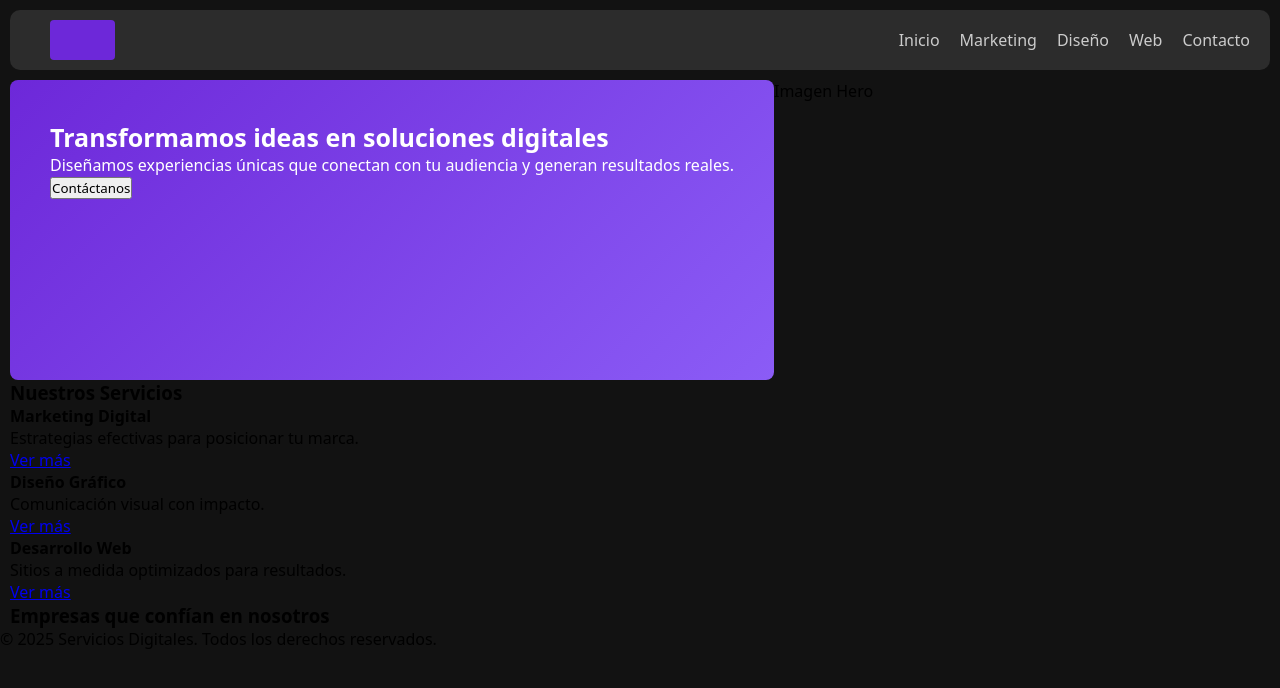
Repository: santinogarrone/TrabajoAgustin
Page: html/index.html
The author's editor kept a copy of each file at every save. The page is drawn from the files as they stood at one save, then again after the next save.
The browser window is 1280 px wide. The pictures show the whole page.

Above is the page before, as saved 2025-05-02 12:09:17.

### html/index.html
<!DOCTYPE html>
<html lang="en">
<head>
    <meta charset="UTF-8">
    <meta name="viewport" content="width=device-width, initial-scale=1.0">
    <link rel="stylesheet" href="../css/style.css">
    <title>Página de Agustin</title>
</head>
<body>

    <header>
        <nav class="nav-bar">
            <div class="cuadrado-violeta">

            </div>


            <ul class="nav-list">
                <li class="nav-item"><a href="">Inicio</a></li>
                <li class="nav-item"><a href="">Marketing</a></li>
                <li class="nav-item"><a href="">Diseño</a></li>
                <li class="nav-item"><a href="">Web</a></li>
                <li class="nav-item"><a href="">Contacto</a></li>
            </ul>

            <button class="menu-icon" aria-label="menu">
                <span class="menu-line"></span>
                <span class="menu-line"></span>
                <span class="menu-line"></span>
            </button>
        </nav>
    </header>
        <main>

            <section class="main-contact">
                <div class="contacto">
                    <h2 class="tit-contacto">Transformamos ideas en soluciones digitales</h2>
                    <p class="explicacion">Diseñamos experiencias únicas que conectan con tu audiencia y generan resultados reales.</p>

                    <button class="boton-contactar" onclick="location.href='../html/contacto.html'">
                        Contáctanos
                    </button>
                </div>

                <div class="img-hero">
                    Imagen Hero
                </div>
            </section>

            <section class="servicios">
                <h3>Nuestros Servicios</h3>

                <div class="card">
                    <h4>Marketing Digital</h4>
                    <p>Estrategias efectivas para posicionar tu marca.</p>
                    <a href="../html/marketing.html">Ver más</a>
                </div>

                <div class="card">
                    <h4>Diseño Gráfico</h4>
                    <p>Comunicación visual con impacto.</p>
                    <a href="#">Ver más</a>
                </div>

                <div class="card">
                    <h4>Desarrollo Web</h4>
                    <p>Sitios a medida optimizados para resultados.</p>
                    <a href="#">Ver más</a>
                </div>

            </section>

            <section class="empresas">
                <h3>Empresas que confían en nosotros</h3>
                <article class="logos">
                    <div class="logo"></div>
                    <div class="logo"></div>
                    <div class="logo"></div>
                    <div class="logo"></div>
                </article>

            </section>

        </main>

    <footer>
        <div class="ftr">
            <p>&copy; 2025 Servicios Digitales. Todos los derechos reservados.</p>
        </div>
    </footer>
</body>
</html>

### css/style.css
@import url(./global.css);

*{
    margin: 0;
    padding: 0;
    box-sizing: border-box;
    font-family: var(--font-family);
}


body{
    background-color: var(--fondo-color);
    height: 100%;
}
main{
    margin: 0 10px;
}

header{
    padding: 10px;
}
.cuadrado-violeta{
    display: block;
    width: 65px;
    height: 40px;
    background-color: var(--primary-color-original);
    border-radius: 4px;
    margin-left: 20px;
}


.nav-bar {
    display: flex;
    align-items: center;
    justify-content: space-between;
    background-color: #2c2c2c;
    padding: 10px 20px;
    border-radius: 10px;
    position: relative;
  }

  .menu-icon {
    display: none;
  }

  .menu-line {
    height: 4px;
    background-color: white;
    border-radius: 2px;
    width: 100%;
  }

  .nav-list {
    display: flex;
    gap: 20px;
    list-style: none;
    margin: 0;
    padding: 0;
  }

  .nav-item a {
    color: #ccc;
    text-decoration: none;
  }

  .main-contact{
    display: flex;
  }
  .main-contact .contacto{
    background: var(--primary-color-gradient);
    border-radius: 8px;
    color: var(--texto-color);
    padding: 40px;
    height: 300px;
    flex-direction: column;
  }

  .tit-contacto{
    font-size: 25px;
  }

@media (375px >= width) {

    .hero-img{
        display: none;
    }
    .hero-texto p{
        display: none;
    }
    body{
        background-color: var(--fondo-color);
        height: 100%;
    }

    header{
        background-color: var(--superficie-dos);
        position: sticky;
        top: 0;
        margin: 0;
        border-radius: 0;
    }

    main{
        margin: 0px;
    }
    .explicacion{
        display: none;
    }

    .nav-list{
        display: none;
    }

    .img-hero{
        display: none;
    }
    .cuadrado-violeta{
        display: block;
        width: 65px;
        height: 40px;
        background-color: var(--primary-color-original);
        border-radius: 4px;
        margin-left: 20px;
    }

    .menu-icon{
        width: 30px;
        height: 30px;
        background: transparent;
        display: flex;
        flex-direction: column;
        gap: 4px;
        height: fit-content;
        border: none;
    }

    .menu-line{
        width: 100%;
        height: 4px;
        background-color: var(--texto-color);
        border: none;
        border-radius: 4px;

    }

    .nav-bar{
        display: flex;
        justify-content: space-between;
        align-items: center;
        padding: 5px 16px;
    }


    .main-contact{
        display: flex;
        padding: 24px;
        justify-content: center;
        align-items: center;
    }

    .contacto{
        display: block;
        padding: 34px;
        background: var(--primary-color-gradient);
        border-radius: 10px;
        color: var(--texto-color);
        height: auto;
        font-size: 12px;
    }

    .contacto .tit-contacto{
        text-align: center;
        align-items: center;
        font-weight: bold;
        margin-top: 30px;
    }

    .boton-contactar{
        display: block;
        margin: 0 auto;
        margin-bottom: 20px;
        margin-top: 12px;
        padding: 5px 20px;
        color: var(--primary-claro);
        background-color: var(--fondo-color);
        border-radius: 6px;
        cursor: pointer;
    }

    .servicios{
        display: flex;
        flex-direction: column;
        margin: 0 20px;
    }

    .servicios h3{
        color: var(--texto-color);
    }

    .card{
        margin-top: 5px;
        align-items: center;
        justify-content: center;
        background-color: var(--superficie-dos);
        border-radius: 8px;
        padding: 12px;
        margin-bottom: 15px;
    }

    .card h4{
        color: var(--texto-color);
    }

    .card p{
        color: var(--texto-secundario);
        padding-bottom: 20px;
    }

    .card a{
        display: inline-block;
        margin-bottom: 20px;
        color: var(--texto-color);
        cursor: pointer;
    }

    .empresas{
        display: flex;
        flex-direction: column;
        align-items: flex-start;
        margin-left: 20px;
    }

    .empresas h3{
        color: var(--texto-color);
        margin-bottom: 1rem;
    }

    .logos{
        margin-top: 5px;
        width: 335px;
        display: flex;
        justify-content: center;
        align-items : center;
        gap: 5px;
        background-color: var(--superficie-dos);
        border-radius: 8px;
        padding: 20px;
        margin-bottom: 10px;
    }

    .logo{
        width: 60px;
        height: 30px;
        background-color: #444444;
        border-radius: 5px;
    }

    .ftr{
        background-color: var(--superficie-dos);
        border-radius: 8px;
        text-align: center;
        margin: 15px 10px;
        padding: 16px;
        color: var(--texto-secundario);
    }
}

### css/global.css
:root{
    --primary-color-gradient : linear-gradient(135deg, #6D28D9, #8B5CF6);
    --primary-color-original : #6D28D9;
    --primary-claro : #8b5cf6;
    --secundary-color : #10b981;
    --acento-color : #f5930b;
    --fondo-color : #121212;
    --superficie-color : #1e1e1e;
    --superficie-dos : #2d2d2d;
    --texto-secundario : #A0A0A0;

    --texto-color : #fff;
    --font-family : 'system-ui'
}

After the next save:
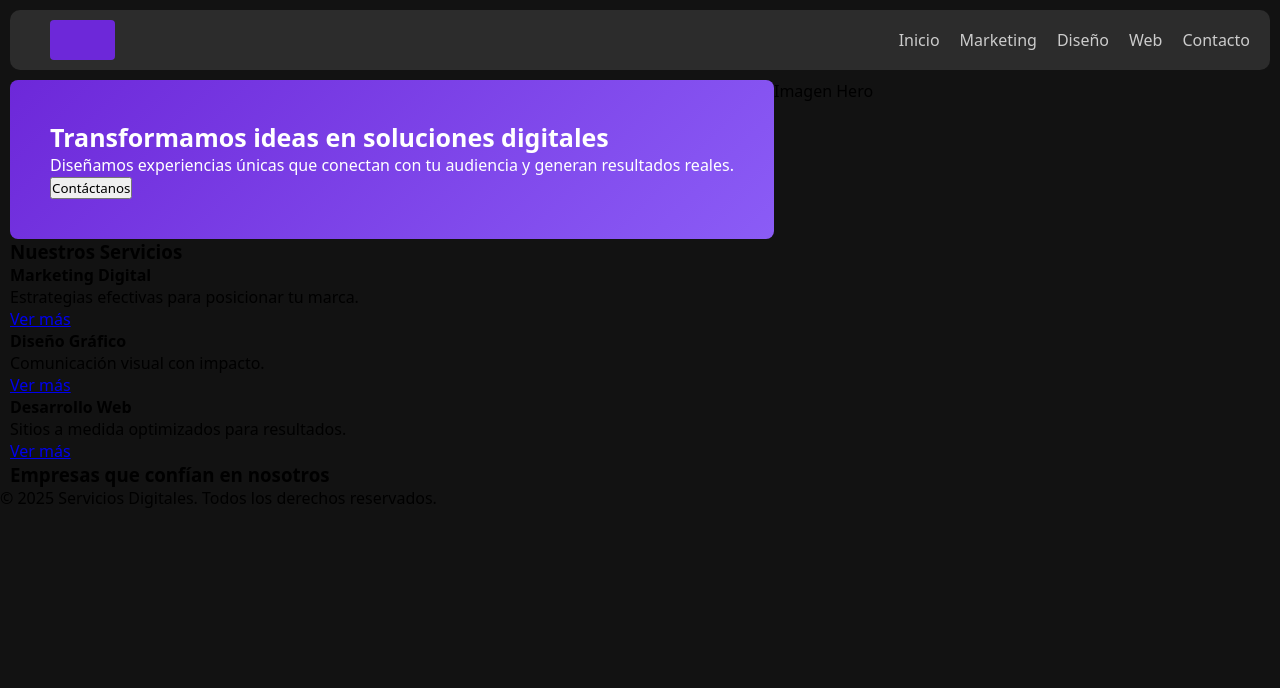
Saved 22 s later.
--- a/css/style.css
+++ b/css/style.css
@@ -70,7 +70,7 @@ header{
     background: var(--primary-color-gradient);
     border-radius: 8px;
     color: var(--texto-color);
-    padding: 40px;
+    padding: 40px;ç
     height: 300px;
     flex-direction: column;
   }
